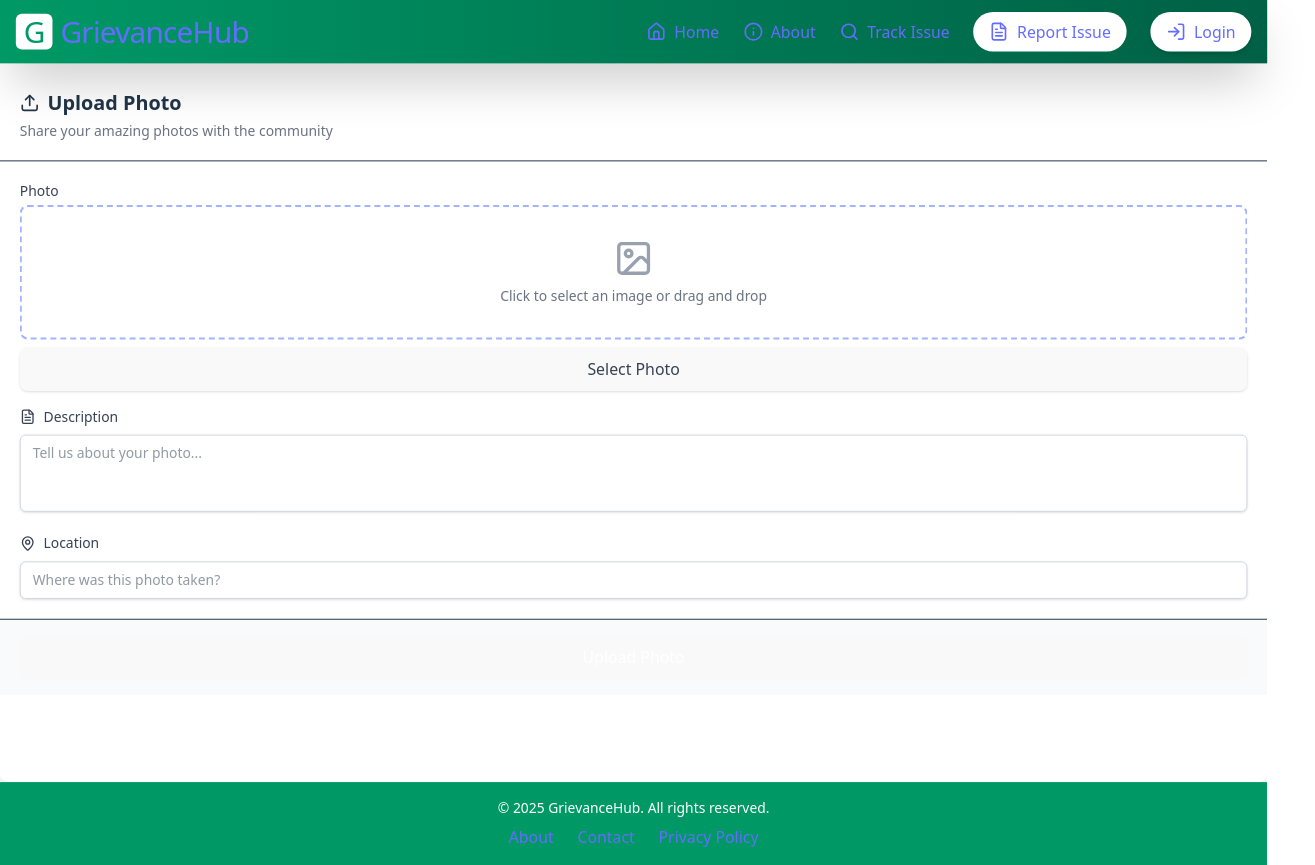
Repository: Aishi4/Grievance-Hub
Page: /report (app in my-vite-Griv/)
The author's editor kept a copy of each file at every save. The page is drawn from the files as they stood at one save, then again after a run of saves.
The browser window is 1280 px wide. The page is 1280 px wide, then 1328 px, so the pictures cover 1328 px, including what lies to the right of the window. The pictures show the whole page, at 99% of full size.
The project was rebuilt for these pictures with package versions that can differ from the ones it lists, and the page was loaded fresh each time. Also part of the build but not shown: my-vite-Griv/vite.config.js, my-vite-Griv/src/Home.jsx, my-vite-Griv/src/ReportSubmit.jsx, my-vite-Griv/src/Report.jsx, my-vite-Griv/src/App.jsx, my-vite-Griv/src/About.jsx, my-vite-Griv/src/TrackIssue.jsx.

Above is the page before, as saved 2025-03-29 16:36:47.

### my-vite-Griv/src/main.jsx
import { StrictMode } from 'react'
import { createRoot } from 'react-dom/client'
import './index.css'
import App from './App.jsx'
import { Route,createBrowserRouter, createRoutesFromElements, RouterProvider } from 'react-router'
import Layout from './Layout.jsx'
import Home from './Home.jsx'
import Report from './Report.jsx'
import About from './About.jsx'
import TrackIssue from './TrackIssue.jsx'
import ReportSubmit from './ReportSubmit.jsx'
import UploadPhoto from './UploadPhoto.jsx'

const router = createBrowserRouter(
  createRoutesFromElements(
    <Route path='/' element={<Layout />}>
      <Route path="" element={<Home />} />
      <Route path="report" element={<UploadPhoto />} />
      <Route path="about" element={<About />} />
      <Route path="track" element={<TrackIssue />} />

    </Route>
  )
)

createRoot(document.getElementById('root')).render(
  <StrictMode>




    <RouterProvider router={router} />

  </StrictMode>,
)

### my-vite-Griv/src/Layout.jsx
import { Outlet } from "react-router-dom";
import Navbar from "./Navbar";
import React from "react";
import Footer from "./Footer";

function Layout() {
  return (
    <div className="min-h-screen flex flex-col">
      <Navbar />
      <div className="flex-grow pt-[70px]"> {/* Adjust this padding based on navbar height */}
        <Outlet />
      </div>
      <Footer />
    </div>
  );
}
export default Layout;

### my-vite-Griv/src/UploadPhoto.jsx
"use client"

import { useState, useRef } from "react"
import { supabase } from "./supabase"
import { v4 as uuidv4 } from "uuid"
import { Upload, ImageIcon, MapPin, FileText, X, Check, Loader2 } from "lucide-react"
import { motion, AnimatePresence } from "framer-motion"

export default function UploadPhoto() {
  const [file, setFile] = useState(null)
  const [preview, setPreview] = useState(null)
  const [description, setDescription] = useState("")
  const [location, setLocation] = useState("")
  const [uploadStatus, setUploadStatus] = useState("")
  const [isUploading, setIsUploading] = useState(false)
  const [uploadCode, setUploadCode] = useState(null)
  const fileInputRef = useRef(null)

  const handleFileChange = (e) => {
    const selectedFile = e.target.files?.[0] || null
    setFile(selectedFile)

    if (selectedFile) {
      const reader = new FileReader()
      reader.onload = () => {
        setPreview(reader.result)
      }
      reader.readAsDataURL(selectedFile)
    } else {
      setPreview(null)
    }
  }

  const clearFile = () => {
    setFile(null)
    setPreview(null)
    if (fileInputRef.current) {
      fileInputRef.current.value = ""
    }
  }

  const handleUpload = async () => {
    if (!file) {
      setUploadStatus("Please select a file")
      return
    }

    setIsUploading(true)
    setUploadStatus("Uploading...")

    try {
      const uniqueCode = uuidv4().slice(0, 6) // Generate a 6-character code
      const filePath = `uploads/${uniqueCode}-${file.name}`

      // Upload image to Supabase Storage
      const { data: uploadData, error: uploadError } = await supabase.storage.from("images").upload(filePath, file)

      if (uploadError) {
        throw new Error(uploadError.message)
      }

      // Get the public URL of the uploaded file
      const { data: publicUrlData } = supabase.storage.from("images").getPublicUrl(filePath)
      const imageUrl = publicUrlData.publicUrl

      // Insert into Supabase database
      const { data: insertData, error: insertError } = await supabase
        .from("photos")
        .insert([{ code: uniqueCode, image_url: imageUrl, description, location, status: "Under Review" }])

      if (insertError) {
        throw new Error(insertError.message)
      }

      // Success
      setUploadCode(uniqueCode)
      setUploadStatus("success")
      setFile(null)
      setPreview(null)
      setDescription("")
      setLocation("")
    } catch (error) {
      setUploadStatus(`Error: ${error.message}`)
    } finally {
      setIsUploading(false)
    }
  }

  const resetForm = () => {
    setFile(null)
    setPreview(null)
    setDescription("")
    setLocation("")
    setUploadStatus("")
    setUploadCode(null)
    if (fileInputRef.current) {
      fileInputRef.current.value = ""
    }
  }

    return (

    <div className="w-full min-h-screen min-w-screen mx-auto bg-white rounded-lg shadow-lg overflow-hidden">
      <div className="p-5 border-b">
        <div className="flex items-center gap-2 text-xl font-semibold">
          <Upload className="h-5 w-5" />
          <span>Upload Photo</span>
        </div>
        <p className="text-sm text-gray-500 mt-1">Share your amazing photos with the community</p>
      </div>

      <div className="p-5 space-y-4">
        <AnimatePresence mode="wait">
          {uploadStatus === "success" ? (
            <motion.div
              initial={{ opacity: 0, y: 20 }}
              animate={{ opacity: 1, y: 0 }}
              exit={{ opacity: 0, y: -20 }}
              className="bg-green-50 p-6 rounded-lg text-center"
            >
              <motion.div
                initial={{ scale: 0 }}
                animate={{ scale: 1 }}
                transition={{ delay: 0.2, type: "spring" }}
                className="w-16 h-16 bg-green-100 rounded-full flex items-center justify-center mx-auto mb-4"
              >
                <Check className="h-8 w-8 text-green-600" />
              </motion.div>
              <h3 className="text-lg font-medium text-green-800 mb-2">Upload Successful!</h3>
              <p className="text-green-700 mb-4">Your photo has been uploaded and is under review.</p>
              <div className="bg-green-100 p-3 rounded-md inline-block">
                <p className="text-sm text-green-800">
                  Your code: <span className="font-mono font-bold">{uploadCode}</span>
                </p>
              </div>
              <button
                onClick={resetForm}
                className="mt-4 w-full py-2 px-4 border border-gray-300 rounded-md text-sm font-medium text-gray-700 bg-white hover:bg-gray-50 focus:outline-none focus:ring-2 focus:ring-offset-2 focus:ring-indigo-500 transition-colors"
              >
                Upload Another Photo
              </button>
            </motion.div>
          ) : (
            <motion.div initial={{ opacity: 0 }} animate={{ opacity: 1 }} exit={{ opacity: 0 }} className="space-y-4">
              <div className="space-y-2">
                <label htmlFor="photo" className="block text-sm font-medium text-gray-700 mb-1">
                  Photo
                </label>
                <div className="relative">
                  <input
                    ref={fileInputRef}
                    id="photo"
                    type="file"
                    accept="image/*"
                    onChange={handleFileChange}
                    className="hidden"
                  />

                  <AnimatePresence>
                    {preview ? (
                      <motion.div
                        initial={{ opacity: 0 }}
                        animate={{ opacity: 1 }}
                        exit={{ opacity: 0 }}
                        className="relative aspect-video mb-2 rounded-lg overflow-hidden border-2 border-dashed border-indigo-300"
                      >
                        <img src={preview || "/placeholder.svg"} alt="Preview" className="w-full h-full object-cover" />
                        <button
                          className="absolute top-2 right-2 h-8 w-8 rounded-full bg-red-500 text-white flex items-center justify-center hover:bg-red-600 transition-colors"
                          onClick={clearFile}
                        >
                          <X className="h-4 w-4" />
                        </button>
                      </motion.div>
                    ) : (
                      <motion.div
                        initial={{ opacity: 0 }}
                        animate={{ opacity: 1 }}
                        exit={{ opacity: 0 }}
                        className="border-2 border-dashed border-indigo-300 rounded-lg p-8 text-center cursor-pointer hover:bg-gray-50 transition-colors"
                        onClick={() => fileInputRef.current?.click()}
                      >
                        <motion.div
                          whileHover={{ scale: 1.05 }}
                          whileTap={{ scale: 0.98 }}
                          className="flex flex-col items-center gap-2"
                        >
                          <ImageIcon className="h-10 w-10 text-gray-400" />
                          <p className="text-sm text-gray-500">Click to select an image or drag and drop</p>
                        </motion.div>
                      </motion.div>
                    )}
                  </AnimatePresence>

                  <button
                    type="button"
                    className="w-full mt-2 py-2 px-4 border border-gray-300 rounded-md shadow-sm text-sm font-medium text-gray-700 bg-white hover:bg-gray-50 focus:outline-none focus:ring-2 focus:ring-offset-2 focus:ring-indigo-500 transition-colors"
                    onClick={() => fileInputRef.current?.click()}
                  >
                    {file ? "Change Photo" : "Select Photo"}
                  </button>
                </div>
              </div>

              <div className="space-y-2">
                <label htmlFor="description" className="flex items-center gap-2 text-sm font-medium text-gray-700">
                  <FileText className="h-4 w-4" />
                  <span>Description</span>
                </label>
                <textarea
                  id="description"
                  placeholder="Tell us about your photo..."
                  value={description}
                  onChange={(e) => setDescription(e.target.value)}
                  className="w-full px-3 py-2 border border-gray-300 rounded-md shadow-sm focus:outline-none focus:ring-indigo-500 focus:border-indigo-500 sm:text-sm resize-none"
                  rows={3}
                />
              </div>

              <div className="space-y-2">
                <label htmlFor="location" className="flex items-center gap-2 text-sm font-medium text-gray-700">
                  <MapPin className="h-4 w-4" />
                  <span>Location</span>
                </label>
                <input
                  id="location"
                  type="text"
                  placeholder="Where was this photo taken?"
                  value={location}
                  onChange={(e) => setLocation(e.target.value)}
                  className="w-full px-3 py-2 border border-gray-300 rounded-md shadow-sm focus:outline-none focus:ring-indigo-500 focus:border-indigo-500 sm:text-sm"
                />
              </div>

              {uploadStatus && uploadStatus !== "success" && uploadStatus !== "Uploading..." && (
                <motion.div
                  initial={{ opacity: 0, y: 10 }}
                  animate={{ opacity: 1, y: 0 }}
                  className="text-red-500 text-sm p-2 bg-red-50 rounded"
                >
                  {uploadStatus}
                </motion.div>
              )}
            </motion.div>
          )}
        </AnimatePresence>
      </div>

      <div className="px-5 py-4 bg-gray-50 border-t">
        {uploadStatus !== "success" && (
          <button
            onClick={handleUpload}
            disabled={isUploading || !file}
            className={`w-full py-2 px-4 rounded-md text-sm font-medium text-white focus:outline-none focus:ring-2 focus:ring-offset-2 focus:ring-indigo-500 transition-colors ${
              isUploading || !file ? "bg-indigo-300 cursor-not-allowed" : "bg-indigo-600 hover:bg-indigo-700"
            }`}
          >
            {isUploading ? (
              <span className="flex items-center justify-center">
                <Loader2 className="mr-2 h-4 w-4 animate-spin" />
                Uploading...
              </span>
            ) : (
              <>Upload Photo</>
            )}
          </button>
        )}
      </div>
                </div>

  )
}

### my-vite-Griv/src/Navbar.jsx
import React, { useState } from 'react';
import { Link } from "react-router-dom";
import { motion } from "framer-motion";
import { Home, Info, Search, FileText, LogIn } from "lucide-react";

const Navbar = () => {
  const [isHovered, setIsHovered] = useState(null);

  const navItems = [
    {
      to: "/",
      label: "Home",
      icon: Home
    },
    {
      to: "/about",
      label: "About",
      icon: Info
    },
    {
      to: "/track",
      label: "Track Issue",
      icon: Search
    },
    {
      to: "/report",
      label: "Report Issue",
      icon: FileText,
      special: true
    }
  ];

  return (
    <motion.nav
      initial={{ opacity: 0, y: -50 }}
      animate={{ opacity: 1, y: 0 }}
      transition={{ duration: 0.6, type: "spring", stiffness: 50 }}
      className="fixed w-full z-50 bg-gradient-to-r from-emerald-600 to-emerald-800 text-white shadow-2xl"
    >
      <div className="container mx-auto px-4 py-3 flex justify-between items-center">
        {/* Logo with Hover Effect */}
        <motion.div
          whileHover={{ scale: 1.1 }}
          whileTap={{ scale: 0.95 }}
        >
          <Link
            to="/"
            className="text-3xl font-extrabold tracking-tight flex items-center space-x-2"
          >
            <span className="bg-white text-emerald-600 px-2 rounded-md">G</span>
            <span>GrievanceHub</span>
          </Link>
        </motion.div>

        {/* Navigation Links and Login */}
        <div className="flex items-center space-x-6">
          {navItems.map((item, index) => (
            <motion.div
              key={item.to}
              onHoverStart={() => setIsHovered(index)}
              onHoverEnd={() => setIsHovered(null)}
              className="relative"
            >
              <Link
                to={item.to}
                className={`
                  flex items-center space-x-2
                  ${item.special
                    ? 'bg-white text-emerald-600 px-4 py-2 rounded-full'
                    : 'text-white hover:text-emerald-200'}
                  transition-all duration-300
                `}
              >
                <item.icon size={20} />
                <span>{item.label}</span>
              </Link>

              {!item.special && isHovered === index && (
                <motion.div
                  layoutId="underline"
                  className="absolute bottom-[-6px] left-0 right-0 h-1 bg-white rounded-full"
                  initial={{ width: 0 }}
                  animate={{ width: '100%' }}
                />
              )}
            </motion.div>
          ))}

          {/* Login Button */}
          <motion.div
            whileHover={{ scale: 1.05 }}
            whileTap={{ scale: 0.95 }}
          >
            <Link
              to="/login"
              className="flex items-center space-x-2 bg-white text-emerald-700 px-4 py-2 rounded-full font-semibold shadow-md hover:bg-emerald-50 transition-all duration-300"
            >
              <LogIn size={20} />
              <span>Login</span>
            </Link>
          </motion.div>
        </div>
      </div>
    </motion.nav>
  );
};

export default Navbar;

### my-vite-Griv/src/Footer.jsx
const Footer = () => {
    return (
      <footer className="w-full bg-emerald-600 text-white py-4 text-center">
        <p className="text-sm">&copy; {new Date().getFullYear()} GrievanceHub. All rights reserved.</p>
        <div className="flex justify-center space-x-6 mt-2">
          <a href="/about" className="hover:underline">About</a>
          <a href="/contact" className="hover:underline">Contact</a>
          <a href="/privacy" className="hover:underline">Privacy Policy</a>
        </div>
      </footer>
    );
};
export default Footer;

### my-vite-Griv/src/supabase.js
import { createClient } from "@supabase/supabase-js";

const SUPABASE_URL = "https://sttpmwjxcnlfphnplylt.supabase.co";
const SUPABASE_ANON_KEY =
  "eyJhbGciOiJIUzI1NiIsInR5cCI6IkpXVCJ9.eyJpc3MiOiJzdXBhYmFzZSIsInJlZiI6InN0dHBtd2p4Y25sZnBobnBseWx0Iiwicm9sZSI6ImFub24iLCJpYXQiOjE3NDMyMjY0NzYsImV4cCI6MjA1ODgwMjQ3Nn0.PveWFl7QQpdJSmyEdTsNMzChrysuaJmnoFUdfG0cV_4";

export const supabase = createClient(SUPABASE_URL, SUPABASE_ANON_KEY);

Loaded but not shown: my-vite-Griv/index.html (common file); my-vite-Griv/src/index.css (common file)

After the next 2 saves:
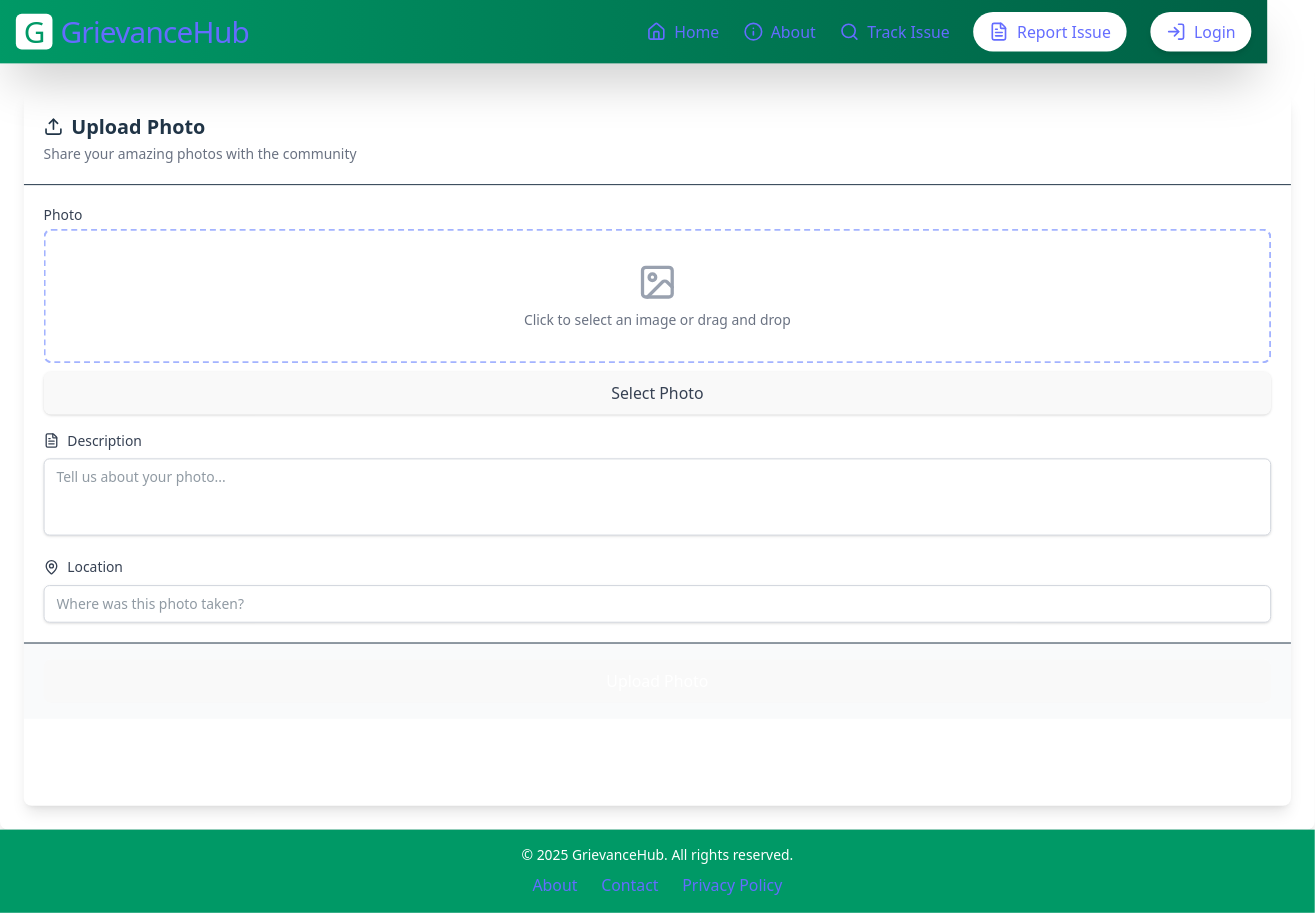
The 2 saves are shown as one change because they came seconds apart.
The last was saved 31 s later.
--- a/my-vite-Griv/src/UploadPhoto.jsx
+++ b/my-vite-Griv/src/UploadPhoto.jsx
@@ -99,7 +99,8 @@ export default function UploadPhoto() {
   }
 
     return (
-
+      <div className="flex justify-center items-center min-h-screen min-w-screen bg-white">
+  <div className="bg-white p-6 rounded-lg shadow-lg w-full">
     <div className="w-full min-h-screen min-w-screen mx-auto bg-white rounded-lg shadow-lg overflow-hidden">
       <div className="p-5 border-b">
         <div className="flex items-center gap-2 text-xl font-semibold">
@@ -267,6 +268,7 @@ export default function UploadPhoto() {
         )}
       </div>
                 </div>
-
+            </div>
+            </div>
   )
 }
